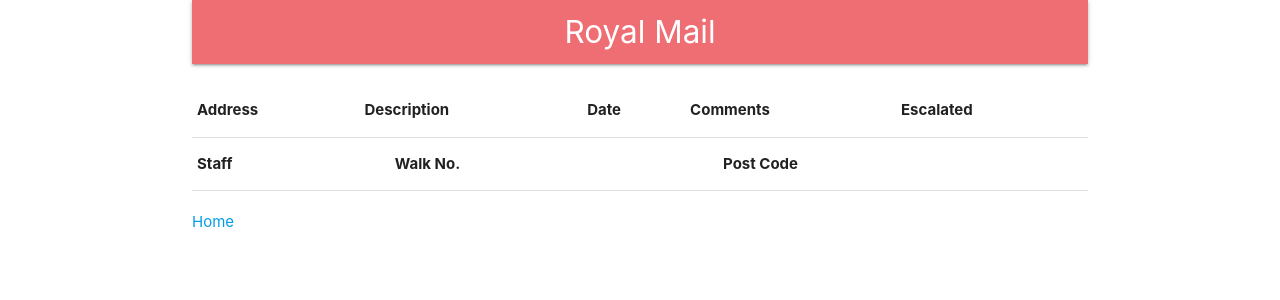
Repository: bandyp/Postal-Reminders
Page: http://localhost/see_route
The author's editor kept a record of every edit. The page is drawn from the files as they stood at one moment, then again after the next edit.
The browser window is 1280 px wide. The pictures show the whole page.
The page is served by the project's application, run on Flask 3 (app.py). Queries for data that is not in the repository find no rows.

Above is the page before.

### templates/route.html
{% extends 'base.html' %} {% block content %}
{% for login in logins %}{{login.reported_by}}{% endfor %}


<div class="row">
  <nav col s9>
    <div class="nav-wrapper">
      <a href="{{ url_for('goto_home') }}" class="brand-logo center">Royal Mail</a>
    </div>
  </nav>
</div>
<div class="row">
  <div>
    <table>
      <thead>
        <tr>
          <th>Address</th>
          <th>Description</th>
          <th>Date</th>

          <th>Comments</th>
          <th>Escalated</th>
        </tr>
      </thead>

      <tbody>
        {% for incident in incidents %}
        <tr>
          <td>{{login.reported_by}}</td>
          <td>{{login.walk_no}}</td>
          <td>{{login.post_code}}</td>
          <td>{{incident.number}} {{incident.street_name}}</td>
          <td>{{incident.incident_description}}</td>
          <td>{{incident.date_reported}}</td>
          <td>{{incident.comments}}</td>
          <td>{{incident.management_aware}}</td>
          <td><a href="{{url_for('edit_incident', incident_id=incident._id)}}" class="waves-effect red waves-light btn">Edit</a></td>
          <td><a href="{{url_for('delete_incident', incident_id=incident._id)}}" class="waves-effect red waves-light btn">Delete</a></td>
        </tr>
        {% endfor %}
      </tbody>
    </table>

    <table>
      <thead>
        <tr>
           <th>Staff</th>
          <th>Walk No.</th>
          <th>Post Code</th>
        </tr>
      </thead>
      <tbody>
        {% for login in logins %}
        <tr>
          <td>{{login.reported_by}}</td>
          <td>{{login.walk_no}}</td>
          <td>{{login.post_code}}</td>
        </tr>
        {% endfor %}
      </tbody>
    </table>
  </div>

</div>
<div class="card-action">
  <a href="{{ url_for('goto_home') }}">Home</a>
</div>


{% endblock %}

### templates/base.html
<!DOCTYPE html>
<html lang="en">

<head>
    <!-- Required meta tags -->
    <meta charset="utf-8">
    <meta name="viewport" content="width=device-width, initial-scale=1, shrink-to-fit=no">

    <!-- Framework CSS -->
    <link href="https://fonts.googleapis.com/icon?family=Material+Icons" rel="stylesheet">
    <link rel="stylesheet" href="https://cdnjs.cloudflare.com/ajax/libs/materialize/1.0.0/css/materialize.min.css">
    <link rel="stylesheet" href="{{url_for('static', filename='style.css')}}" type="text/css"/>

    <title>Postal</title>
</head>

<body>
    <div class="container">
    {% block content %} {% endblock %}
    </div>

    <script src="https://cdnjs.cloudflare.com/ajax/libs/materialize/1.0.0/js/materialize.min.js"></script>
    <script src="https://code.jquery.com/jquery-3.4.1.min.js" integrity="sha256-CSXorXvZcTkaix6Yvo6HppcZGetbYMGWSFlBw8HfCJo=" crossorigin="anonymous"></script>
  <script>
  document.addEventListener('DOMContentLoaded', function() {
    var elems = document.querySelectorAll('.fixed-action-btn');
    var instances = M.FloatingActionButton.init(elems, {
      toolbarEnabled: true
    });
  });

  document.addEventListener('DOMContentLoaded', function() {
    var elems = document.querySelectorAll('select');
    var instances = M.FormSelect.init(elems);
  });

  document.addEventListener('DOMContentLoaded', function() {
    var elems = document.querySelectorAll('.datepicker');
    var instances = M.Datepicker.init(elems);
  });

  </script>
</body>

</html>

### app.py
import os
from flask import Flask, render_template, redirect, request, url_for
from flask_pymongo import PyMongo
from bson.objectid import ObjectId

app = Flask(__name__)
app.config["MONGO_DBNAME"] = 'route_reminders'
app.config["MONGO_URI"] = 'mongodb+srv://bandyp:Ema1LandreW@myfirstcluster-ehsli.mongodb.net/route_reminders?retryWrites=true&w=majority'

mongo = PyMongo(app)

@app.route('/')
@app.route('/reminders')
def reminders():
    return render_template("login.html", logins=mongo.db.logins.find())

@app.route('/insert_login', methods=['POST'])
def insert_login():
    logins = mongo.db.logins
    logins.insert_one(request.form.to_dict())
    return redirect(url_for('get_incidents'))

@app.route('/get_incidents')
def get_incidents():
    return render_template("incidents.html", incidents=mongo.db.incidents.find(), logins=mongo.db.logins.find())

@app.route('/insert_hazard', methods=['POST'])
def insert_hazard():
    incidents = mongo.db.incidents
    incidents.insert_one(request.form.to_dict())
    return redirect(url_for('get_incidents'))

@app.route('/goto_home')
def goto_home():
    return render_template("incidents.html", incidents=mongo.db.incidents.find(), logins=mongo.db.logins.find())

@app.route('/add_hazard')
def add_hazard():
    return render_template("addhazard.html")

@app.route('/add_access')
def add_access():
    return render_template("addaccess.html")

@app.route('/add_request')
def add_request():
    return render_template("addrequest.html")

@app.route('/edit_incident/<incident_id>')
def edit_incident(incident_id):
    the_incident =  mongo.db.incidents.find_one({"_id": ObjectId(incident_id)})
    return render_template('editincident.html', incident=the_incident)

@app.route('/delete_incident/<incident_id>')
def delete_incident(incident_id):
    mongo.db.incidents.remove({'_id': ObjectId(incident_id)})
    return redirect(url_for('get_incidents'))

@app.route('/see_route')
def see_route():
    return render_template("route.html", incidents=mongo.db.incidents.find(), logins=mongo.db.logins.find())




if __name__ == '__main__':
    app.run(host=os.environ.get('IP'),
            port=int(os.environ.get('PORT')),
            debug=True)

### static/style.css

/* to allow for footer */
body {
    display: flex;
    min-height: 100vh;
    flex-direction: column;
}

/* to allow for footer */
main {
    flex: 1 0 auto;
}

/* raised main page to be higher above footer */
.page {
    margin-bottom: 10vh;
}

/* to make all buttons consistent */
.btn {
     margin:1vw;
     width: 100px;
}

/* elements of footer */
footer {
    position: fixed;
    bottom: 0;
    left: 0;
    width: 100%;
    z-index: +1000;
}

/* raise the button to be higher than the footer */
.incident_button {
    margin-bottom: 8vh;
}

After the next edit:
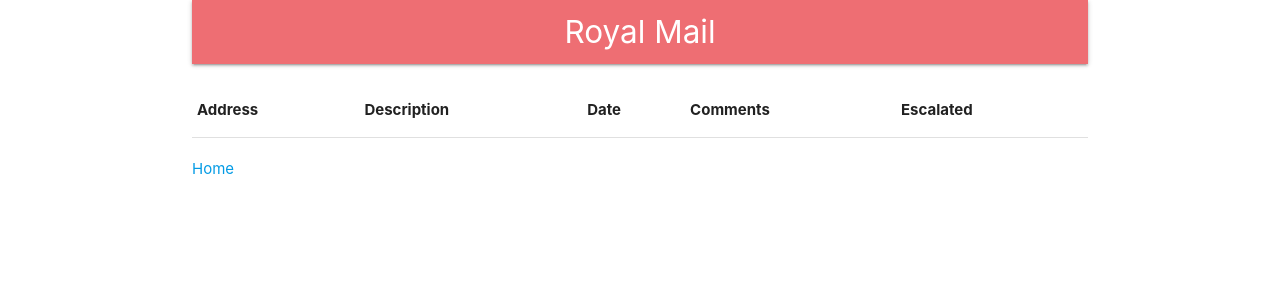
The edit:
--- a/templates/route.html
+++ b/templates/route.html
@@ -41,24 +41,7 @@
       </tbody>
     </table>
 
-    <table>
-      <thead>
-        <tr>
-           <th>Staff</th>
-          <th>Walk No.</th>
-          <th>Post Code</th>
-        </tr>
-      </thead>
-      <tbody>
-        {% for login in logins %}
-        <tr>
-          <td>{{login.reported_by}}</td>
-          <td>{{login.walk_no}}</td>
-          <td>{{login.post_code}}</td>
-        </tr>
-        {% endfor %}
-      </tbody>
-    </table>
+
   </div>
 
 </div>
